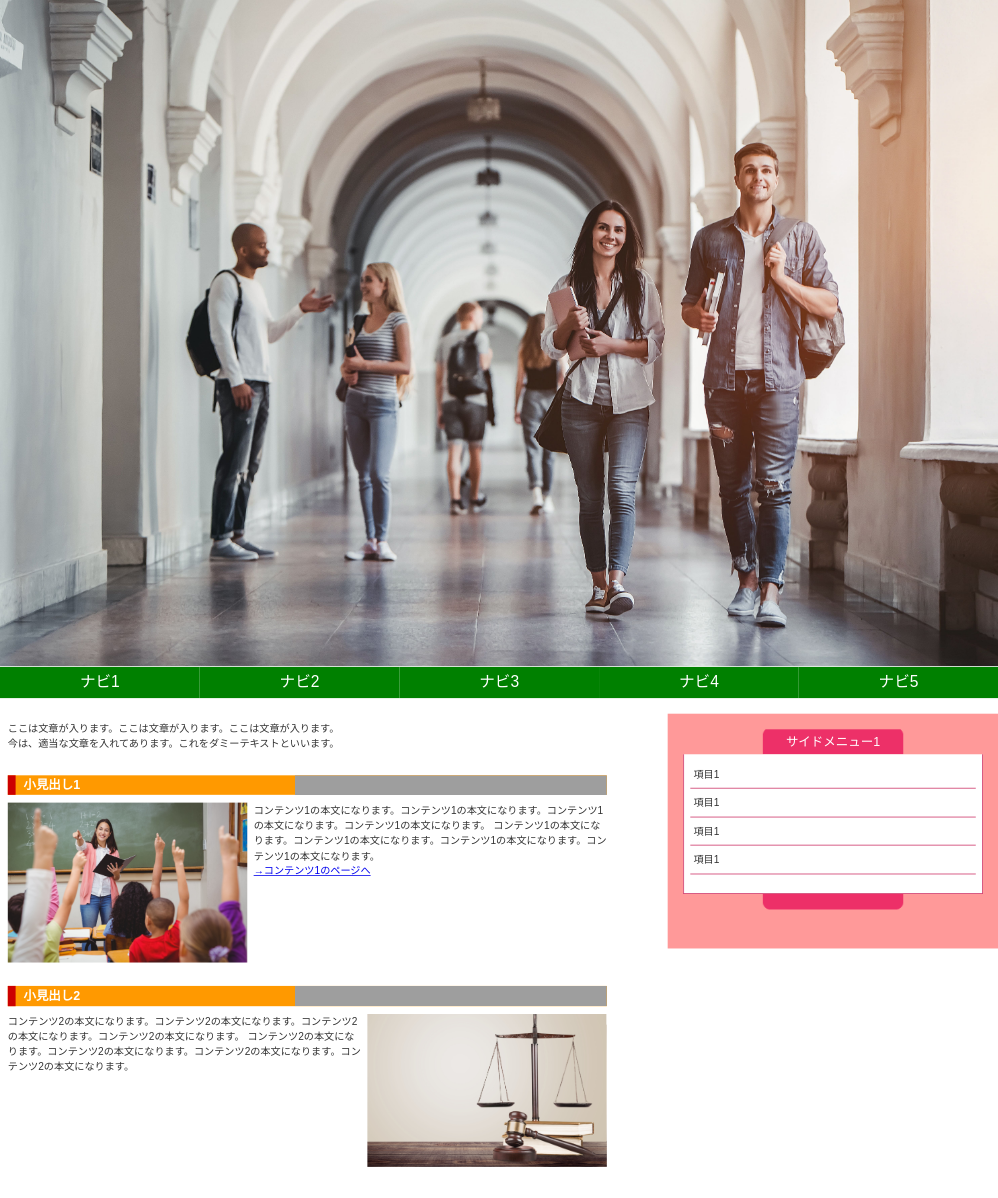
Repository: saekato/HTML
Page: home.html
The author's editor kept a record of every edit. The page is drawn from the files as they stood at one moment, then again after the next edit.
The browser window is 1280 px wide. The pictures show the whole page, at 78% of full size.
Pictures or frames that could not be fetched are drawn as grey boxes.

Above is the page before.

### home.html
<!DOCTYPE html>
<html lang="ja">
    <head>
        <meta charset="UTF-8">
        <title>HTML/CSSの学習</title>
        <link rel="stylesheet" href="stylesheet.css">
    </head>
    <body>
        <div id="header">
            <h1><a href="index.html"><img id="corridor" src="images/corridor.jpg" alt="大学の廊下" /></a></h1>
        </div>
        <div id="wrapper">
            <div id="nav">
                <ul>
                    <li><a href="home.html">ナビ1</a></li>
                    <li><a href="#">ナビ2</a></li>
                    <li><a href="#">ナビ3</a></li>
                    <li><a href="#">ナビ4</a></li>
                    <li><a href="#">ナビ5</a></li>
                </ul>
            </div>
            <div id="container">
                <div id="main">
                    <div class="post">
                        <p>ここは文章が入ります。ここは文章が入ります。ここは文章が入ります。<br />今は、適当な文章を入れてあります。これをダミーテキストといいます。</p>
                    </div>
                    <div class="post clearfix">
                        <h2>小見出し1</h2>
                        <img class="left" src="images/classroom.jpg" alt="授業風景" />
                        <p>
                            コンテンツ1の本文になります。コンテンツ1の本文になります。コンテンツ1の本文になります。コンテンツ1の本文になります。
                            コンテンツ1の本文になります。コンテンツ1の本文になります。コンテンツ1の本文になります。コンテンツ1の本文になります。
                        </p>
                        <p><a href="#">→コンテンツ1のページへ</a></p>
                    </div>
                    <div class="post clearfix">
                        <h2>小見出し2</h2>
                        <img class="right" src="images/scale.jpg" alt="天秤" />
                        <p>
                            コンテンツ2の本文になります。コンテンツ2の本文になります。コンテンツ2の本文になります。コンテンツ2の本文になります。
                            コンテンツ2の本文になります。コンテンツ2の本文になります。コンテンツ2の本文になります。コンテンツ2の本文になります。
                        </p>
                    </div>
                </div>
            </div>
                <div id="side">
                    <div class="box">
                        <h2>サイドメニュー1</h2>
                        <div class="boxbody">
                            <ul>
                                <li>項目1</li>
                                <li>項目1</li>
                                <li>項目1</li>
                                <li>項目1</li>
                            </ul>
                        </div>
                    </div>
                </div>

### stylesheet.css
@charset "utf-8";

body {
    margin: 0;
    padding: 0;
    font-family: "ヒラギノ角ゴ Pro W3", "Hiragino Kaku Gothic Pro", "メイリオ", Meiryo, Osaka, "ＭＳ Ｐゴシック", "MS PGothic", sans-serif;
    color: #333;
    font-size: 13px;
    line-height: 150%;
}

/*------------------------ wrapper ----------------------*/
#wrapper {
    width: 100%;
    margin-top: -11px;
    padding: 0px;
    border: 0px;
    background-color: #FFF;
    top: 10px;
    position: relative;
}

/*----------------------- header ------------------------*/
#header {
    width: 100%;

}
#header h1 {
    margin: 0;
    padding: 0;
}

#corridor {
    width: 100%;
    height: auto;
}

/*----------------------- footer ------------------------*/
#footer {
    clear: both;
    width: 100%;
    padding: 3px 0 3px 0;
    background: #39F;
    color: #FFF;
    font-weight: bold;
    text-align: center;
}

/*----------------------- nav ---------------------------*/
#nav {
    width: 100%;
}
#nav ul {
    margin: 0;
    padding:  0;
    list-style-type: none;
}
#nav ul li {
    float: left;
    width: 20%;
    text-align: center;
}
#nav ul li a {
    display: block;
    height: 20px;
    margin: 0;
    padding: 10px;
    color: #FFF;
    font-size: 20px;
    text-decoration: none;
    background-color: green;

}

#nav ul li a:hover {
    filter: drop-shadow(10px 10px 10px black);
}
/*------------------------ container ----------------------*/
#container {
    width: 100%;
    margin: auto;
    padding: auto;
    padding-top: 20px;
    clear: both;
}
/*--------------------------- main -----------------------*/
#main {
    float: left;
    width: 60%;
    padding: 10px 30px 10px 10px;

}
#main h2 {
    margin: 0 0 10px 0;
    padding: 3px 10px 3px 10px;
    color: #FFF;
    font-size: 16px;
    border-left: solid 10px #C00;
    background: #F90 url(../images/main_h2.jpg) right top repeat-y;
}
#main p {
    margin: 0;
    padding: 0;
}
#main .post {
    margin: 0 0 30px 0;
}
#main .post img.right {
    margin: 0 0 0 8px;
}
#main .post img.left {
    margin:0 8px 0 0;
}

.right {
    float: right;
    width: 40%;
    height: auto;
}
.left {
    float: left;
    width: 40%;
    height:  auto;
}

/*----------------------------- clearfix -----------------------*/
.clearfix {
    zoom: 1;
}
.clearfix:after {
    content:"";
    display:  block;
    clear: both;
}

/*----------------------------- side ---------------------------*/
#side {
    float: right;
    width: 30%;
    padding: 20px;
    background-color: #F99;
}

#side .box {
    margin: 0 auto 30px auto;
    padding: 0 0 20px 0;
    background: url(images/side_box.png) bottom no-repeat;
}
#side .box h2 {
    margin: 0;
    padding: 8px;
    text-align: center;
    color: #fff;
    font-size: 16px;
    line-height: 16px;
    font-weight: normal;
    background: url(images/side_box_h2.png) center no-repeat;
}
#side .box .boxbody {
    padding:  8px;
    border-right: solid 1px #C36;
    border-bottom: solid 1px #C36;
    border-left: solid 1px #C36;
    background: #fff;
}
#side .box .boxbody ul {
    margin: 0 0 16px 0;
    padding: 0
}
#side .box .boxbody ul li {
    padding: 8px 0 8px 4px;
    list-style: none;
    border-bottom: solid 1px #C36;
}

#side .box .boxbody ul li:hover {
    padding: 8px 0 8px 4px
    list-style: none;
    border-bottom: solid 1px #C36;
    box-shadow: 0px 4px 4px rgba(0, 0, 0, 0.3);
}

After the next edit:
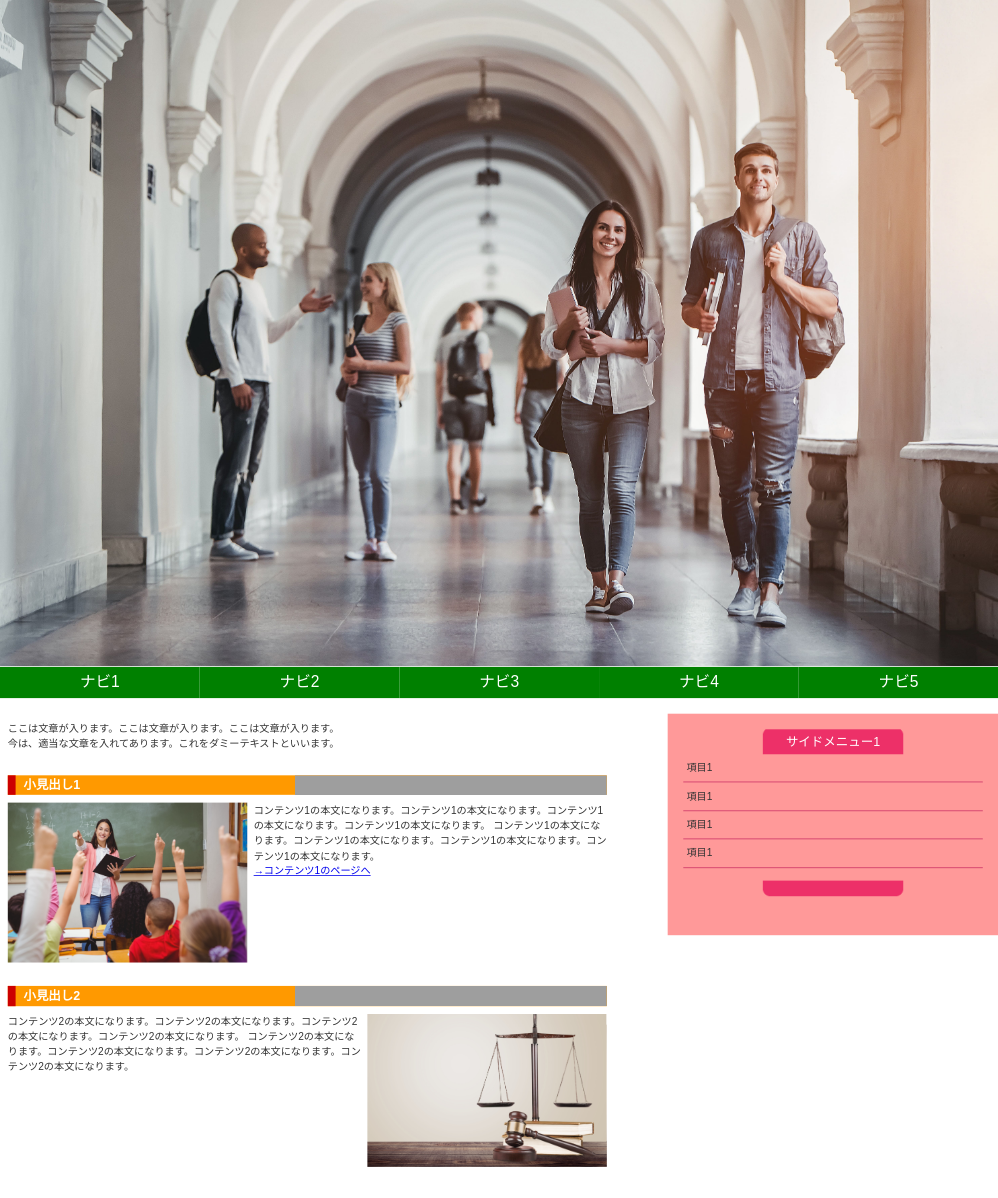
The edit:
--- a/stylesheet.css
+++ b/stylesheet.css
@@ -156,7 +156,7 @@
     font-weight: normal;
     background: url(images/side_box_h2.png) center no-repeat;
 }
-#side .box .boxbody {
+#side .box .boxBody {
     padding:  8px;
     border-right: solid 1px #C36;
     border-bottom: solid 1px #C36;
